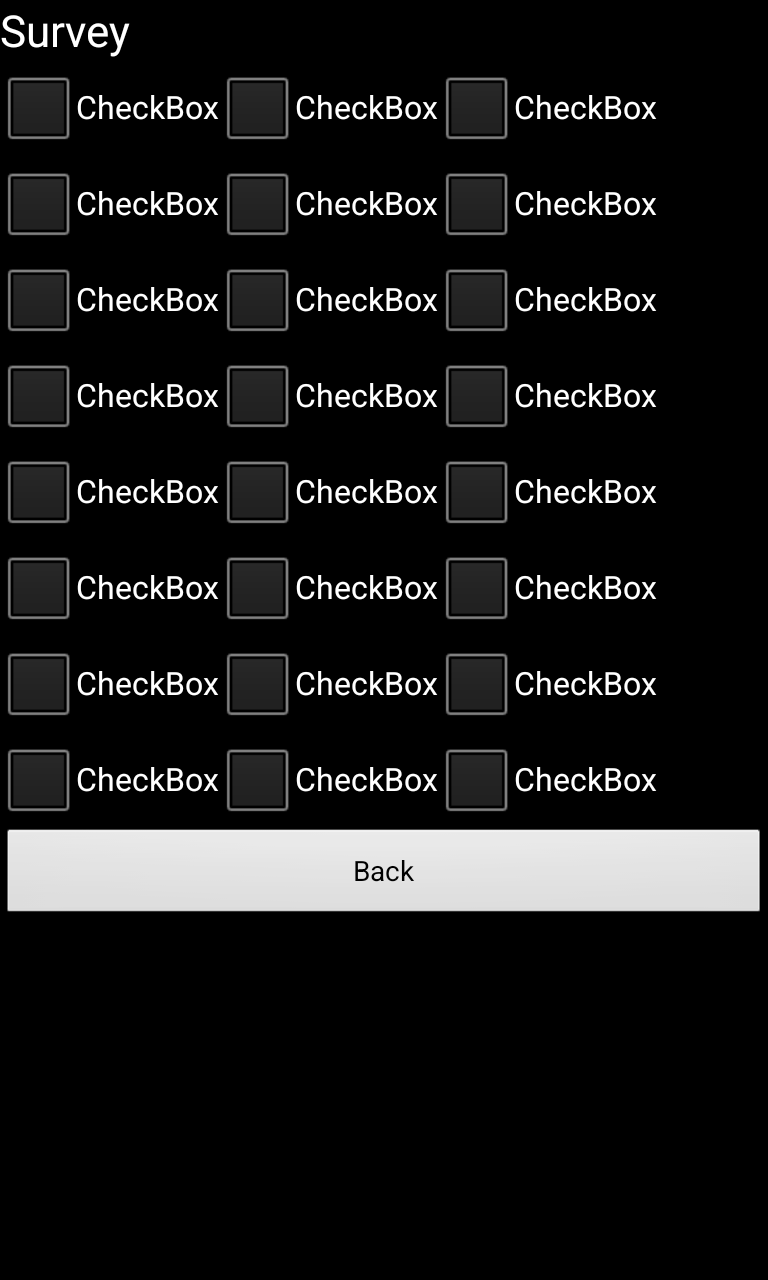
Repository: shaunkitch/android-survey
Layout: Android/Survey/res/layout/main2.xml
The author's editor kept a copy of each file at every save. The layout is drawn from the files as they stood at one save, then again after the next save.
It is drawn on a 768 x 1280 px phone screen (xhdpi) without system bars, with theme android:Theme; the app's code is not run.

Above is the layout before, as saved 2012-05-09 17:29:53.

### Android/Survey/res/layout/main2.xml
<?xml version="1.0" encoding="utf-8"?>
<TableLayout xmlns:android="http://schemas.android.com/apk/res/android"
    android:layout_width="fill_parent"
    android:layout_height="fill_parent" >

    <TableRow
        android:id="@+id/tableRow4"
        android:layout_width="wrap_content"
        android:layout_height="wrap_content" >

        <TextView
            android:id="@+id/textView1"
            android:layout_width="wrap_content"
            android:layout_height="wrap_content"
            android:text="@string/app_name"
            android:textAppearance="?android:attr/textAppearanceLarge" />

    </TableRow>

    <TableRow
        android:id="@+id/tableRow8"
        android:layout_width="wrap_content"
        android:layout_height="wrap_content" >

        <CheckBox
            android:id="@+id/checkBox1"
            android:layout_width="wrap_content"
            android:layout_height="wrap_content"
            android:text="CheckBox" />

        <CheckBox
            android:id="@+id/checkBox9"
            android:layout_width="wrap_content"
            android:layout_height="wrap_content"
            android:text="CheckBox" />

        <CheckBox
            android:id="@+id/checkBox17"
            android:layout_width="wrap_content"
            android:layout_height="wrap_content"
            android:text="CheckBox" />

    </TableRow>

    <TableRow
        android:id="@+id/tableRow9"
        android:layout_width="wrap_content"
        android:layout_height="wrap_content" >

        <CheckBox
            android:id="@+id/checkBox2"
            android:layout_width="wrap_content"
            android:layout_height="wrap_content"
            android:text="CheckBox" />

        <CheckBox
            android:id="@+id/checkBox10"
            android:layout_width="wrap_content"
            android:layout_height="wrap_content"
            android:text="CheckBox" />

        <CheckBox
            android:id="@+id/checkBox18"
            android:layout_width="wrap_content"
            android:layout_height="wrap_content"
            android:text="CheckBox" />

    </TableRow>

    <TableRow
        android:id="@+id/tableRow1"
        android:layout_width="wrap_content"
        android:layout_height="wrap_content" >

        <CheckBox
            android:id="@+id/checkBox3"
            android:layout_width="wrap_content"
            android:layout_height="wrap_content"
            android:text="CheckBox" />

        <CheckBox
            android:id="@+id/checkBox11"
            android:layout_width="wrap_content"
            android:layout_height="wrap_content"
            android:text="CheckBox" />

        <CheckBox
            android:id="@+id/checkBox19"
            android:layout_width="wrap_content"
            android:layout_height="wrap_content"
            android:text="CheckBox" />

    </TableRow>

    <TableRow
        android:id="@+id/tableRow3"
        android:layout_width="wrap_content"
        android:layout_height="wrap_content" >

        <CheckBox
            android:id="@+id/checkBox4"
            android:layout_width="wrap_content"
            android:layout_height="wrap_content"
            android:text="CheckBox" />

        <CheckBox
            android:id="@+id/checkBox12"
            android:layout_width="wrap_content"
            android:layout_height="wrap_content"
            android:text="CheckBox" />

        <CheckBox
            android:id="@+id/checkBox20"
            android:layout_width="wrap_content"
            android:layout_height="wrap_content"
            android:text="CheckBox" />

    </TableRow>

    <TableRow
        android:id="@+id/tableRow2"
        android:layout_width="wrap_content"
        android:layout_height="wrap_content" >

        <CheckBox
            android:id="@+id/checkBox5"
            android:layout_width="wrap_content"
            android:layout_height="wrap_content"
            android:text="CheckBox" />

        <CheckBox
            android:id="@+id/checkBox13"
            android:layout_width="wrap_content"
            android:layout_height="wrap_content"
            android:text="CheckBox" />

        <CheckBox
            android:id="@+id/checkBox21"
            android:layout_width="wrap_content"
            android:layout_height="wrap_content"
            android:text="CheckBox" />

    </TableRow>

    <TableRow
        android:id="@+id/tableRow5"
        android:layout_width="wrap_content"
        android:layout_height="wrap_content" >

        <CheckBox
            android:id="@+id/checkBox6"
            android:layout_width="wrap_content"
            android:layout_height="wrap_content"
            android:text="CheckBox" />

        <CheckBox
            android:id="@+id/checkBox14"
            android:layout_width="wrap_content"
            android:layout_height="wrap_content"
            android:text="CheckBox" />

        <CheckBox
            android:id="@+id/checkBox22"
            android:layout_width="wrap_content"
            android:layout_height="wrap_content"
            android:text="CheckBox" />

    </TableRow>

    <TableRow
        android:id="@+id/tableRow7"
        android:layout_width="wrap_content"
        android:layout_height="wrap_content" >

        <CheckBox
            android:id="@+id/checkBox7"
            android:layout_width="wrap_content"
            android:layout_height="wrap_content"
            android:text="CheckBox" />

        <CheckBox
            android:id="@+id/checkBox15"
            android:layout_width="wrap_content"
            android:layout_height="wrap_content"
            android:text="CheckBox" />

        <CheckBox
            android:id="@+id/checkBox23"
            android:layout_width="wrap_content"
            android:layout_height="wrap_content"
            android:text="CheckBox" />

    </TableRow>

    <TableRow
        android:id="@+id/tableRow6"
        android:layout_width="wrap_content"
        android:layout_height="wrap_content" >

        <CheckBox
            android:id="@+id/checkBox8"
            android:layout_width="wrap_content"
            android:layout_height="wrap_content"
            android:text="CheckBox" />

        <CheckBox
            android:id="@+id/checkBox16"
            android:layout_width="wrap_content"
            android:layout_height="wrap_content"
            android:text="CheckBox" />

        <CheckBox
            android:id="@+id/checkBox24"
            android:layout_width="wrap_content"
            android:layout_height="wrap_content"
            android:text="CheckBox" />

    </TableRow>

    <TableRow
        android:id="@+id/tableRow10"
        android:layout_width="wrap_content"
        android:layout_height="wrap_content" >
    </TableRow>

    <Button
        android:id="@+id/BackToMain1"
        android:layout_width="wrap_content"
        android:layout_height="wrap_content"
        android:onClick="BackToMain1OnClick"
        android:text="@string/BackToMain1" />

</TableLayout>

### Android/Survey/res/values/strings.xml
<?xml version="1.0" encoding="utf-8"?>
<resources>

    <string name="hello">Hello World, Survey!</string>
    <string name="app_name">Survey</string>
    <string name="NoSurvey">No survey available now.</string>
    <string name="StartAnswerSurvey">Start Answering Survey</string>
    <string name="Schedule">&quot;Schedule the best time for you to answer the survey &quot;</string>
    <string name="BackToMain1">Back</string>
    <string name="Monday">Monday</string>

</resources>

After the next save:
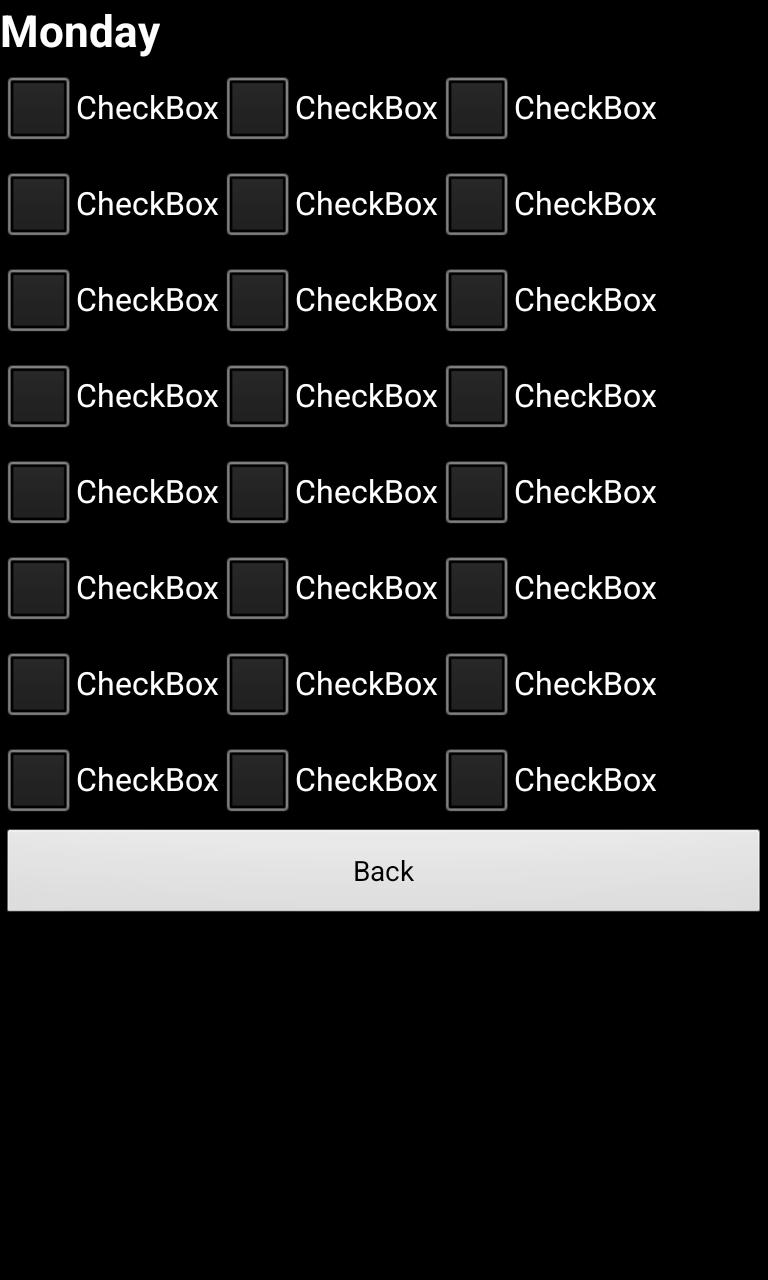
Saved 6 min 52 s later.
--- a/Android/Survey/res/layout/main2.xml
+++ b/Android/Survey/res/layout/main2.xml
@@ -6,14 +6,14 @@
     <TableRow
         android:id="@+id/tableRow4"
         android:layout_width="wrap_content"
-        android:layout_height="wrap_content" >
+        android:layout_height="fill_parent" android:layout_gravity="center">
 
         <TextView
             android:id="@+id/textView1"
             android:layout_width="wrap_content"
             android:layout_height="wrap_content"
-            android:text="@string/app_name"
-            android:textAppearance="?android:attr/textAppearanceLarge" />
+            android:text="@string/Monday"
+            android:textAppearance="?android:attr/textAppearanceLarge" android:textStyle="bold"/>
 
     </TableRow>
 
